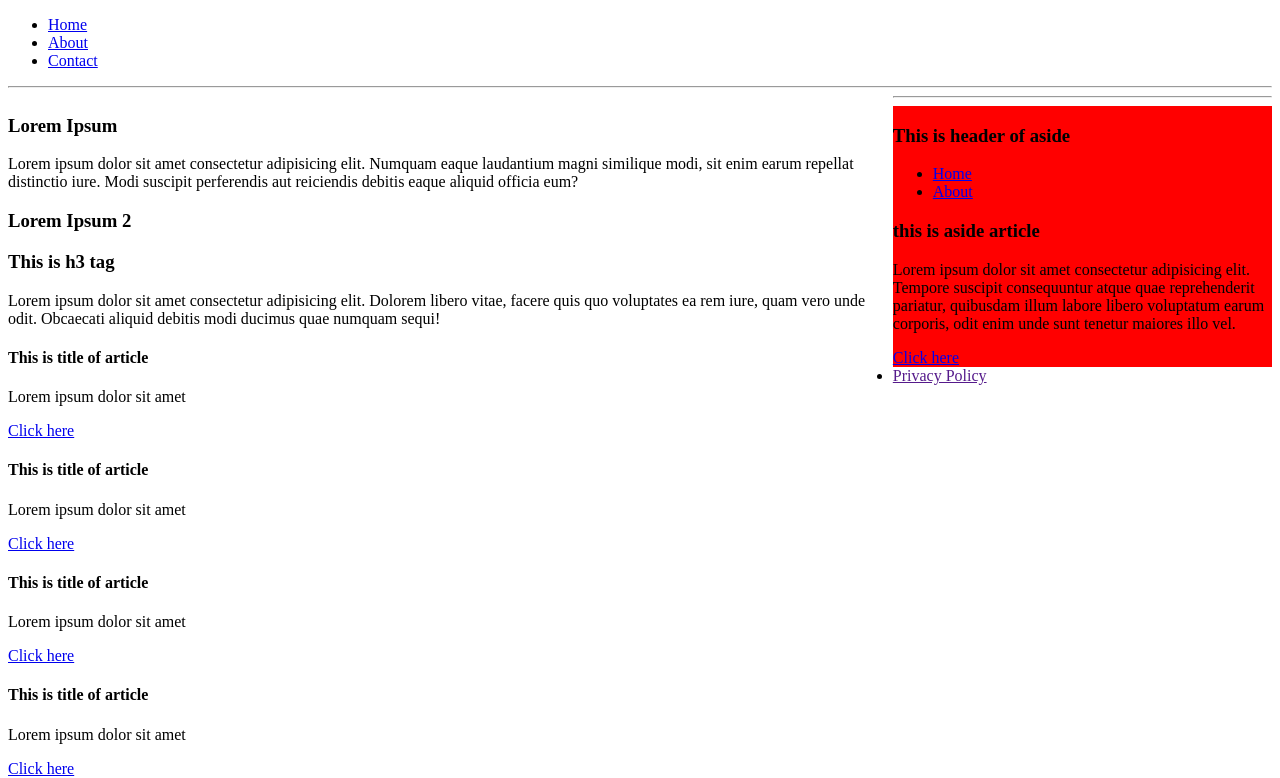
Repository: fisikusari/test-repo
Page: index.html
An editor plug-in stored every save of this project. The page is shown before and after the next save, followed by the edit.
The browser window is 1280 px wide. The pictures show the whole page.

Above is the page before, as saved 2021-11-11 18:23:43.

### index.html
<!DOCTYPE html>

<html lang="en">

<head>
  <meta charset="UTF-8">
  <meta http-equiv="X-UA-Compatible" content="IE=edge">
  <meta name="viewport" content="width=device-width, initial-scale=1.0">
  <title>Fisnik</title>
</head>
<nav>
  <ul>
    <li><a href="#">Home</a></li>
    <li><a href="about.html">About</a></li>
    <li><a href="contact.html">Contact</a></li>
  </ul>
</nav>
<style>
  nav {
    width: 100%;
    /* background: yellow; */
  }

  .main {
    display: block;
    width: 70%;
    float: left;
  }

  aside {
    width: 30%;
    float: right;
    background-color: red;
  }

  footer {
    width: 100%;
  }
</style>

<body>
  <hr>
  <section class="main">
    <section>
      <h1>Lorem Ipsum</h1>
      <p>Lorem ipsum dolor sit amet consectetur adipisicing elit. Numquam eaque laudantium magni similique modi, sit enim earum repellat distinctio iure. Modi suscipit perferendis
        aut reiciendis debitis eaque aliquid officia eum?</p>
    </section>
    <section>
      <h1>Lorem Ipsum 2</h1>
      <h3>This is h3 tag</h3>
      <p>Lorem ipsum dolor sit amet consectetur adipisicing elit. Dolorem libero vitae, facere quis quo voluptates ea rem iure, quam vero unde odit. Obcaecati aliquid debitis modi
        ducimus quae numquam sequi!</p>
    </section>
    <section>
      <article>
        <h1>This is title of article</h1>
        <p>Lorem ipsum dolor sit amet</p>
        <a href="about.html">Click here</a>
      </article>
      <article>
        <h1>This is title of article</h1>
        <p>Lorem ipsum dolor sit amet</p>
        <a href="#">Click here</a>
      </article>
    </section>
    <section>
      <article>
        <h1>This is title of article</h1>
        <p>Lorem ipsum dolor sit amet</p>
        <a href="about.html">Click here</a>
      </article>
      <article>
        <h1>This is title of article</h1>
        <p>Lorem ipsum dolor sit amet</p>
        <a href="#">Click here</a>
      </article>
    </section>

  </section>

  <hr>
  <aside>
    <h3>This is header of aside</h3>
    <nav>
      <ul>
        <li><a href="#">Home</a></li>
        <li><a href="#">About</a></li>
      </ul>
    </nav>
    <article>
      <h1>this is aside article</h1>
      <p>Lorem ipsum dolor sit amet consectetur adipisicing elit. Tempore suscipit consequuntur atque quae reprehenderit pariatur, quibusdam illum labore libero voluptatum earum
        corporis, odit enim unde sunt tenetur maiores illo vel.</p>
      <a href="contact.html">Click here</a>
    </article>
  </aside>
  <footer>
    <nav>
      <ul>
        <li><a href="">Privacy Policy</a></li>
      </ul>
    </nav>
  </footer>
</body>

</html>

After the next save:
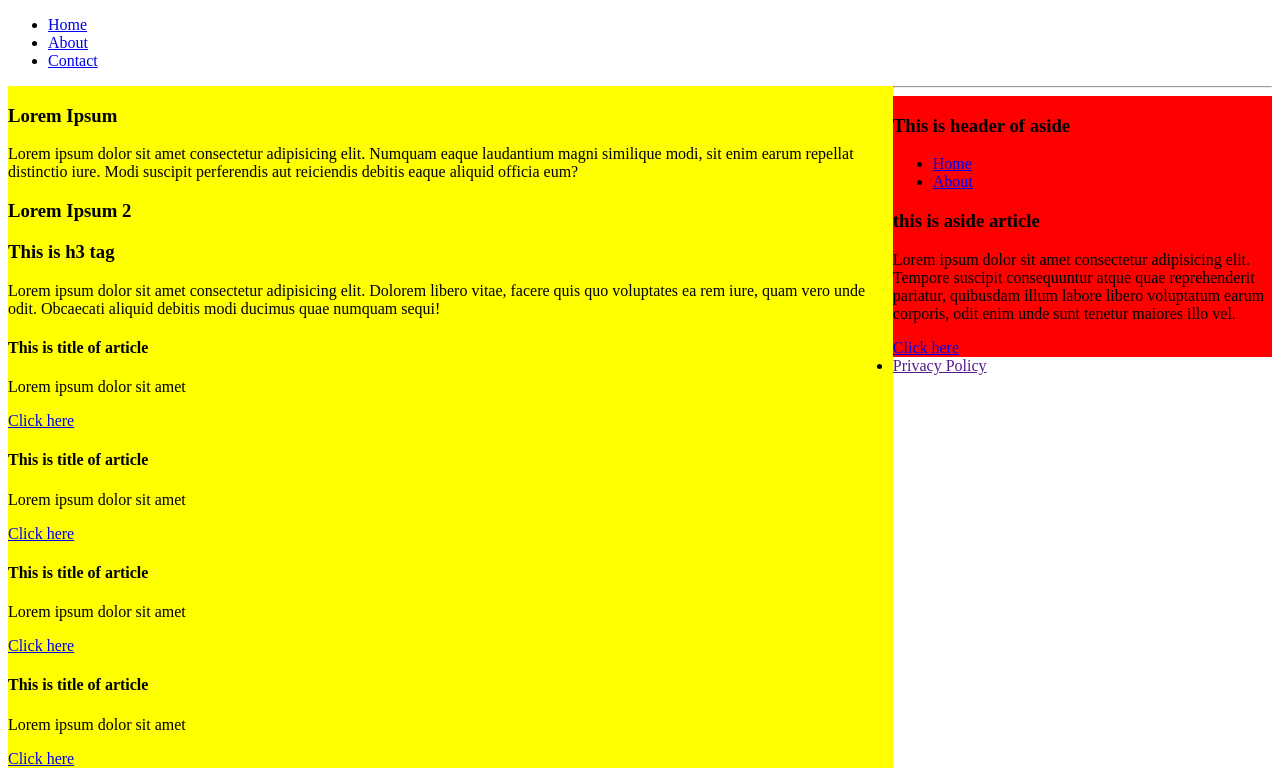
Saved 36 s later.
--- a/index.html
+++ b/index.html
@@ -15,6 +15,7 @@
     <li><a href="contact.html">Contact</a></li>
   </ul>
 </nav>
+
 <style>
   nav {
     width: 100%;
@@ -25,6 +26,7 @@
     display: block;
     width: 70%;
     float: left;
+    background: yellow;
   }
 
   aside {
@@ -39,7 +41,6 @@
 </style>
 
 <body>
-  <hr>
   <section class="main">
     <section>
       <h1>Lorem Ipsum</h1>
